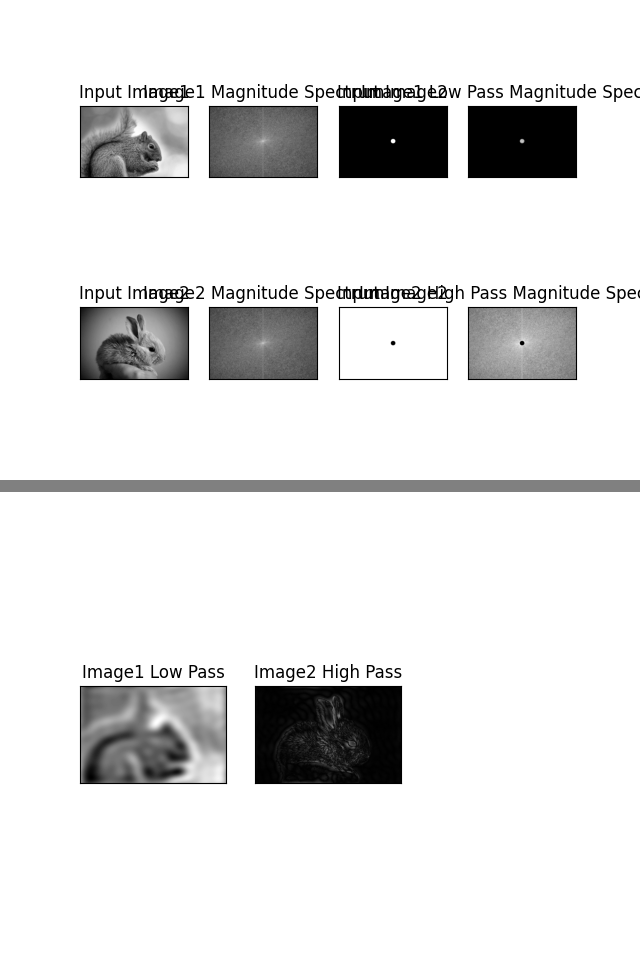
Repository: Yuer-yuan/CV
Script's output: python lab1-hybrid-image/gui/fft.py
These files come from the project's save history. The script's output is drawn as it stood at one moment and after the next save; the edit follows.
Each picture stacks the figures in order, with grey between them; figures that are only written to a file come last. Random numbers start from a fixed seed. It also reads lab1-hybrid-image/gui/res/bunny1.png, lab1-hybrid-image/gui/res/squirrel1.png.

Above is the script's output before, as saved 2023-03-26 19:55:53.

### lab1-hybrid-image/gui/fft.py
import cv2
import numpy as np
from matplotlib import pyplot as plt

pairs = [
    ('res/squirrel1.png', 'res/bunny1.png'),
    ('res/cat.jpg', 'res/dog.jpg'),
    ('res/donkey1.png', 'res/zebra1.png'),
]
pair_idx = 0

ksize1, sigma1, ksize2, sigma2 = 39, 11, 21, 5
d1, d2 = 10, 10


def ideal_spectral_filter(shape, d, type='lowpass'):
    m, n = shape
    if type == 'lowpass':
        h = np.zeros((m, n), dtype=np.float32)
    if type == 'highpass':
        h = np.ones((m, n), dtype=np.float32)
    for i in range(m):
        for j in range(n):
            if np.sqrt((i - m / 2) ** 2 + (j - n / 2) ** 2) <= d:
                if type == 'lowpass':
                    h[i, j] = 1
                if type == 'highpass':
                    h[i, j] = 0
    return h

def spatial_hybrid_image(img1, img2, ksize1, sigma1, ksize2, sigma2):
    img1_low_pass = cv2.GaussianBlur(img1, (ksize1, ksize1), sigma1)
    img2_high_pass = cv2.subtract(img2, cv2.GaussianBlur(img2, (ksize2, ksize2), sigma2))
    hybrid_image = cv2.add(img1_low_pass, img2_high_pass)

    plt.subplot(231), plt.imshow(img1, cmap='gray')
    plt.title('Input Image1'), plt.xticks([]), plt.yticks([])
    plt.subplot(232), plt.imshow(img1_low_pass, cmap='gray')
    plt.title(f'Image1 Low Pass. ksize1 = {ksize1}, sigma1 = {sigma1}'), plt.xticks([]), plt.yticks([])
    plt.subplot(233), plt.imshow(hybrid_image, cmap='gray')
    plt.title('Hybrid Image'), plt.xticks([]), plt.yticks([])
    plt.subplot(234), plt.imshow(img2, cmap='gray')
    plt.title('Input Image2'), plt.xticks([]), plt.yticks([])
    plt.subplot(235), plt.imshow(img2_high_pass, cmap='gray')
    plt.title(f'Image2 High Pass. ksize2 = {ksize2}, sigma2 = {sigma2}'), plt.xticks([]), plt.yticks([])
    plt.show()


def spectral_hybrid_image(image1, image2, d1, d2):
    f1 = np.fft.fft2(np.float32(image1))
    f2 = np.fft.fft2(np.float32(image2))
    f1shift = np.fft.fftshift(f1)
    f2shift = np.fft.fftshift(f2)
    h1 = ideal_spectral_filter(f1.shape, d1, type='lowpass')
    h2 = ideal_spectral_filter(f2.shape, d2, type='highpass')
    f1_filtered = f1shift * h1
    f2_filtered = f2shift * h2
    f1_filtered_shift = np.fft.ifftshift(f1_filtered)
    f2_filtered_shift = np.fft.ifftshift(f2_filtered)
    f1_filtered_ifft = np.fft.ifft2(f1_filtered_shift)
    f2_filtered_ifft = np.fft.ifft2(f2_filtered_shift)
    hybrid_image = np.abs(f1_filtered_ifft) + np.abs(f2_filtered_ifft)

    plt.subplot(241), plt.imshow(image1, cmap='gray')
    plt.title('Input Image1'), plt.xticks([]), plt.yticks([])
    plt.subplot(242), plt.imshow(np.log1p(np.abs(f2shift)), cmap='gray')
    plt.title('Image1 Magnitude Spectrum'), plt.xticks([]), plt.yticks([])
    plt.subplot(243), plt.imshow(h1, cmap='gray')
    plt.title('Input Image2'), plt.xticks([]), plt.yticks([])
    plt.subplot(244), plt.imshow(np.log1p(np.abs(f1_filtered)), cmap='gray')
    plt.title('Image1 Low Pass Magnitude Spectrum'), plt.xticks([]), plt.yticks([])
    plt.subplot(245), plt.imshow(image2, cmap='gray')
    plt.title('Input Image2'), plt.xticks([]), plt.yticks([])
    plt.subplot(246), plt.imshow(np.log1p(np.abs(f2shift)), cmap='gray')
    plt.title('Image2 Magnitude Spectrum'), plt.xticks([]), plt.yticks([])
    plt.subplot(247), plt.imshow(h2, cmap='gray')
    plt.title('Input Image2'), plt.xticks([]), plt.yticks([])
    plt.subplot(248), plt.imshow(np.log1p(np.abs(f2_filtered)), cmap='gray')
    plt.title('Image2 High Pass Magnitude Spectrum'), plt.xticks([]), plt.yticks([])
    plt.show()

    plt.subplot(131), plt.imshow(np.abs(f1_filtered_ifft), cmap='gray')
    plt.title('Image1 Low Pass'), plt.xticks([]), plt.yticks([])
    plt.subplot(132), plt.imshow(np.abs(f2_filtered_ifft), cmap='gray')
    plt.title('Image2 High Pass'), plt.xticks([]), plt.yticks([])
    plt.show()


if __name__ == '__main__':
    img1 = cv2.imread(pairs[pair_idx][0], 0)    # read as grayscale
    img2 = cv2.imread(pairs[pair_idx][1], 0)

    # spatial_hybrid_image(img1, img2, ksize1, sigma1, ksize2, sigma2)
    spectral_hybrid_image(img1, img2, d1, d2)

After the next save:
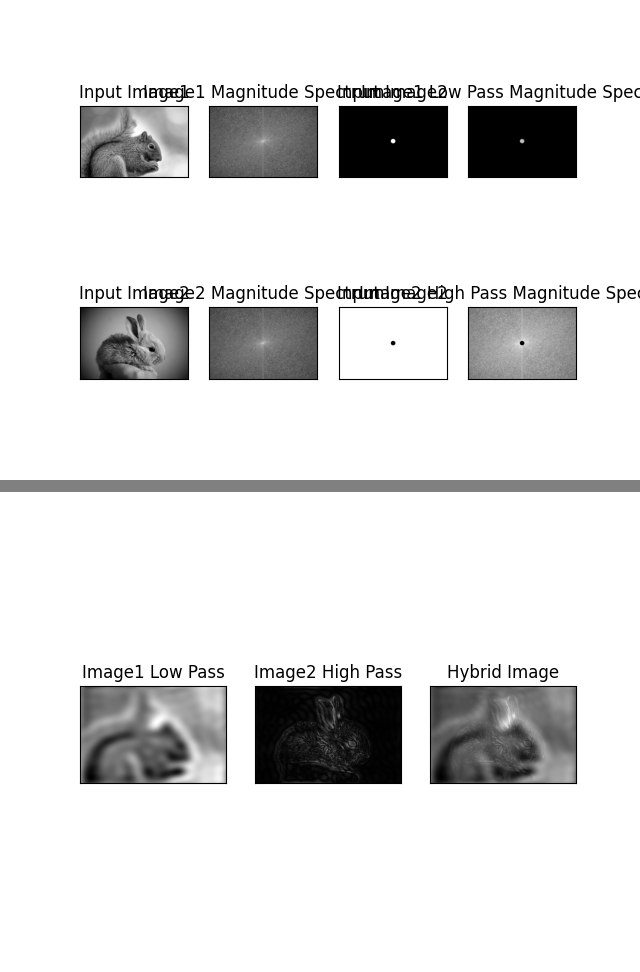
Saved 21 s later.
--- a/lab1-hybrid-image/gui/fft.py
+++ b/lab1-hybrid-image/gui/fft.py
@@ -83,6 +83,8 @@ def spectral_hybrid_image(image1, image2, d1, d2):
     plt.title('Image1 Low Pass'), plt.xticks([]), plt.yticks([])
     plt.subplot(132), plt.imshow(np.abs(f2_filtered_ifft), cmap='gray')
     plt.title('Image2 High Pass'), plt.xticks([]), plt.yticks([])
+    plt.subplot(133), plt.imshow(hybrid_image, cmap='gray')
+    plt.title('Hybrid Image'), plt.xticks([]), plt.yticks([])
     plt.show()
 
 
